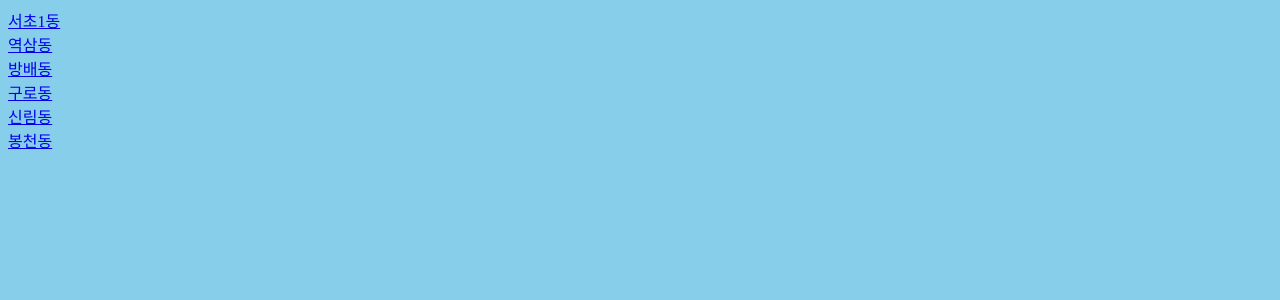
Repository: insunkang/JSP
Page: clientweb/WebContent/js_bom/js_popup.html
These files come from the project's save history. The page is drawn as it stood at one moment and after the next save; the edit follows.
The browser window is 1280 px wide. The pictures show the whole page.

Above is the page before, as saved 2020-01-08 04:50:50.

After the next save:
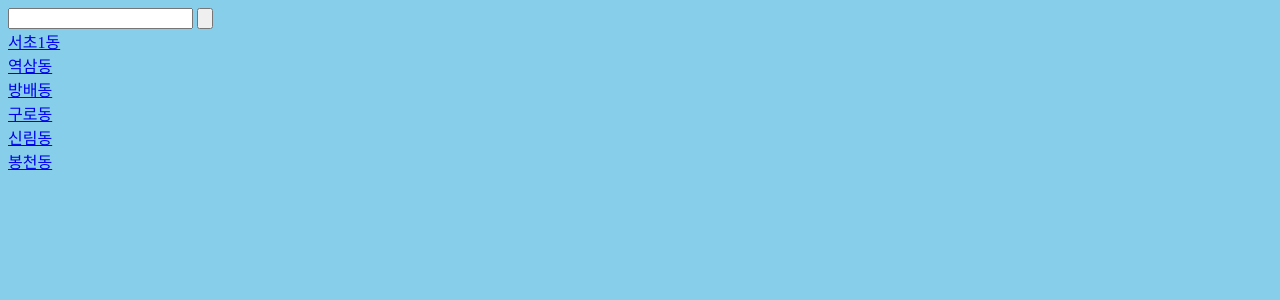
Saved 21 min 53 s later.
--- a/clientweb/WebContent/js_bom/js_popup.html
+++ b/clientweb/WebContent/js_bom/js_popup.html
@@ -5,6 +5,10 @@
 <title>Insert title here</title>
 </head>
 <body bgcolor="skyblue">
+	<form name="mypopup" action ="search.jsp">
+		<input type="text" name="data"/>
+		<input type="button" values="검색"/>
+	</form>
 	<a href="#">서초1동</a><br/>
 	<a href="#">역삼동</a><br/>
 	<a href="#">방배동</a><br/>
